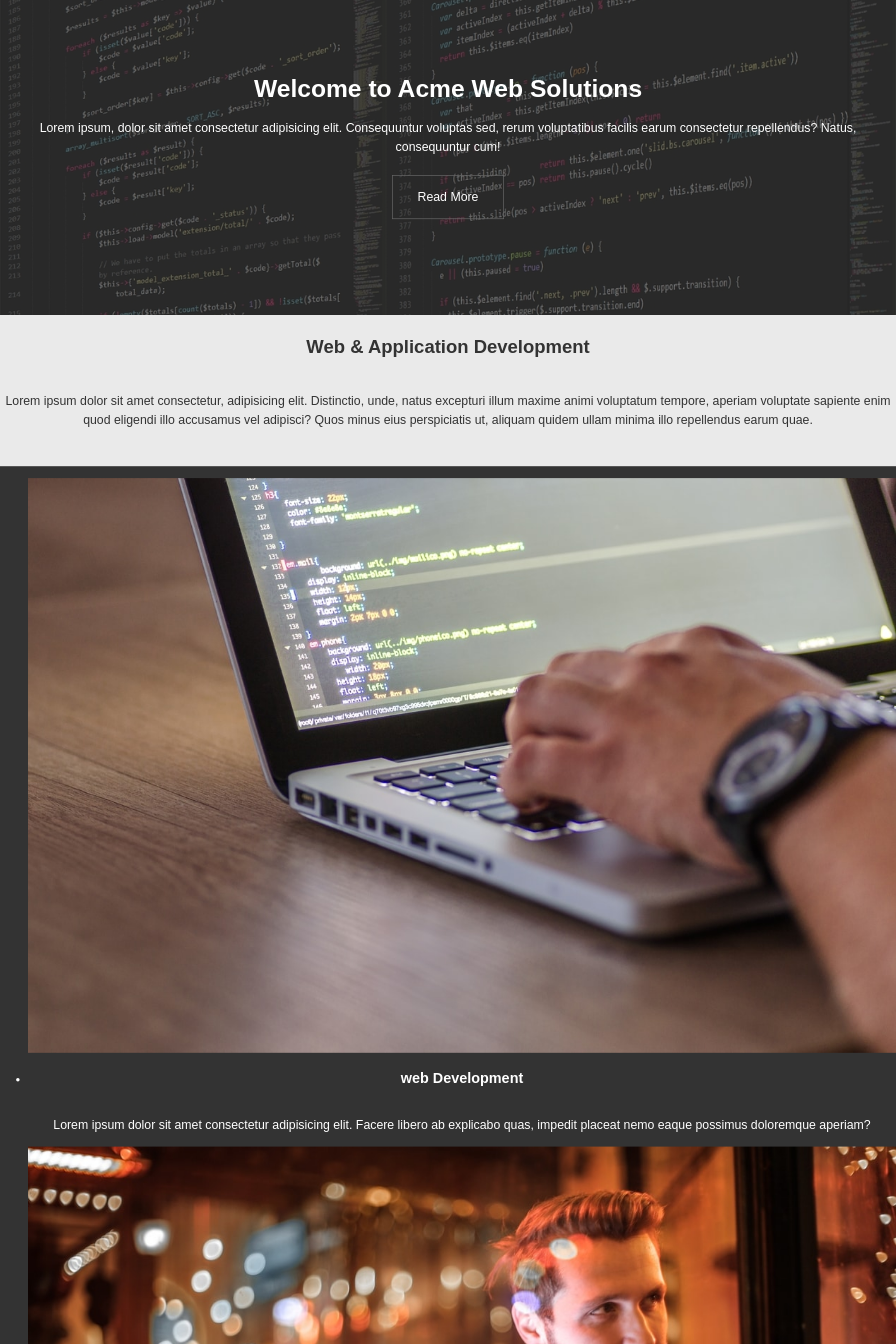
Repository: ErikBaer/MobileFirst
Page: index.html
An editor plug-in stored every save of this project. The page is shown before and after the next save, followed by the edit.
The browser window is 1280 px wide. The pictures show the part of the page from y = 0 to 1920 px (the page is 4179 px tall), at 70% of full size.

Above is the page before, as saved 2020-02-15 03:04:03.

### index.html
<!DOCTYPE html>
<html lang="en">
<head>
    <meta charset="UTF-8">
    <meta name="viewport" content="width=device-width, initial-scale=1.0">
    <link rel="stylesheet" type="text/css" href="style.css">
    <title>Acme Web Solutions</title>
</head>
<body>
    <!--Header Showcase -->
   <header id="showcase" class="grid">
    <div class="bg-image"></div>
    <div class="content-wrap">
    <h1>Welcome to Acme Web Solutions</h1>
    <p>Lorem ipsum, dolor sit amet consectetur adipisicing elit.
         Consequuntur voluptas sed, rerum voluptatibus facilis
         earum consectetur repellendus? Natus, consequuntur cum!
        </p>
    <a href="#section-b" class="btn">Read More</a>
    </div>
</header>

<!-- Main Area -->

<main id="main">

    <!-- Section A -->

    <section id="section-a" class="grid">
        <div class="content-wrap">
            <h2 class="content-title">Web & Application Development</h2>
            <p>Lorem ipsum dolor sit amet consectetur, adipisicing elit.
                Distinctio, unde, natus excepturi illum maxime animi
                voluptatum tempore, aperiam voluptate sapiente enim quod
                 eligendi illo accusamus vel adipisci? Quos minus eius
                 perspiciatis ut, aliquam quidem ullam minima illo
                 repellendus earum quae.</p>
        </div>
    </section>

    <!-- Section B -->

    <section id="section-b" class="grid">
        <ul>
            <li>
                <div class="card">
                    <img src="./Assets/Coding-Person.jpg" alt="">
                    <div class="card-content">
                        <h3 class="card-title">web Development</h3>
                        <p>Lorem ipsum dolor sit amet consectetur
                            adipisicing elit. Facere libero ab explicabo
                            quas, impedit placeat nemo eaque possimus
                            doloremque aperiam?</p>
                    </div>
                </div>
            </li>
            <li>
                <div class="card">
                    <img src="./Assets/mobile-man.jpg" alt="">
                    <div class="card-content">
                        <h3 class="card-title">Mobile Applications</h3>
                        <p>Lorem ipsum dolor sit amet consectetur
                            adipisicing elit. Facere libero ab explicabo
                            quas, impedit placeat nemo eaque possimus
                            doloremque aperiam?</p>
                    </div>
                </div>
            </li>
            <li>
                <div class="card">
                    <img src="./Assets/Charts.jpg" alt="">
                    <div class="card-content">
                        <h3 class="card-title">Tech Marketing</h3>
                        <p>Lorem ipsum dolor sit amet consectetur
                            adipisicing elit. Facere libero ab explicabo
                            quas, impedit placeat nemo eaque possimus
                            doloremque aperiam?</p>
                    </div>
                </div>
            </li>
        </ul>
    </section>

    <!-- Section C -->
    <section id="section-c" class="grid">
        <div class="content-wrap">
            <h2 class="content-title"> We handle all of your digital needs</h2>
            <p>Lorem, ipsum dolor sit amet consectetur adipisicing elit.
                Neque asperiores pariatur dolorem ipsum dicta recusandae
                 optio vel doloremque deserunt maiores?</p>
        </div>
    </section>

    <!-- Section D -->

    <section class="section-d grid">
        <div class="box">
            <h2 class="content-title">Contact Us</h2>
            <p>Lorem ipsum dolor sit, amet consectetur adipisicing elit.
                 Alias, totam quas ipsam doloremque dignissimos doloribus
                 laudantium aut provident dolore. Maxime!</p>
            <p>contact@acmewebsolutions.test</p>
        </div>
        <div class="box">
            <h2 class="content-title">About Our Company</h2>
            <p>Lorem ipsum dolor, sit amet consectetur adipisicing elit.
                Delectus ut placeat, nulla inventore laboriosam quisquam!
                Porro, asperiores libero molestiae a facilis et, ex magni
                 nostrum rem delectus quia ut? Vitae.</p>
        </div>
    </section>
</main>

<!-- Footer -->

<footer id="main-footer" class="grid">
    <div>Acme Web Solutins</div>
    <div>Project by <a href="www.baerdata.de" target="blank">Erik Baer</a></div>
</footer>

</body>
</html>

### style.css
body {
    margin: 0;
    font-family: Arial, Helvetica, sans-serif;
    background-color: #333;
    color: white;
    font-size:1.1em;
    line-height: 1.5;
    text-align: center;
}

img {
    display:block;
    width:100%;
    height: auto;
}

h1, h2, h3 {
    margin:0;
    padding: 1em 0;
}

p {
    margin: 0;
    padding: 1em 0;
}

.btn {
    display: inline-block;
    background: 333;
    color: white;
    text-decoration: none;
    padding: 1em 2em;
    border: 1px solid #666;
    margin: .5em 0
}

.btn:hover {
  background: #eaeaea;
  color: #333;
}

/* Header Showcase */

#showcase {
    min-height: 450px;
    color: #fff;
    text-align: center;
}

#showcase .bg-image {
    position: absolute;
    background: #333 url(/Assets/code.jpg);
    background-position: center;
    background-repeat: no-repeat;
    background-size: cover;
    width: 100%;
    height: 450px;
    z-index: -1;
    opacity: 0.4;
}

#showcase h1 {
    padding-top: 100px;
    padding-bottom: 0;
}

#showcase .content-wrap {
    padding: 0 1.5em;
}


/* Section A */

#section-a {
    background: #eaeaea;
    color: #333;
    padding-bottom: 2em;
}

After the next save:
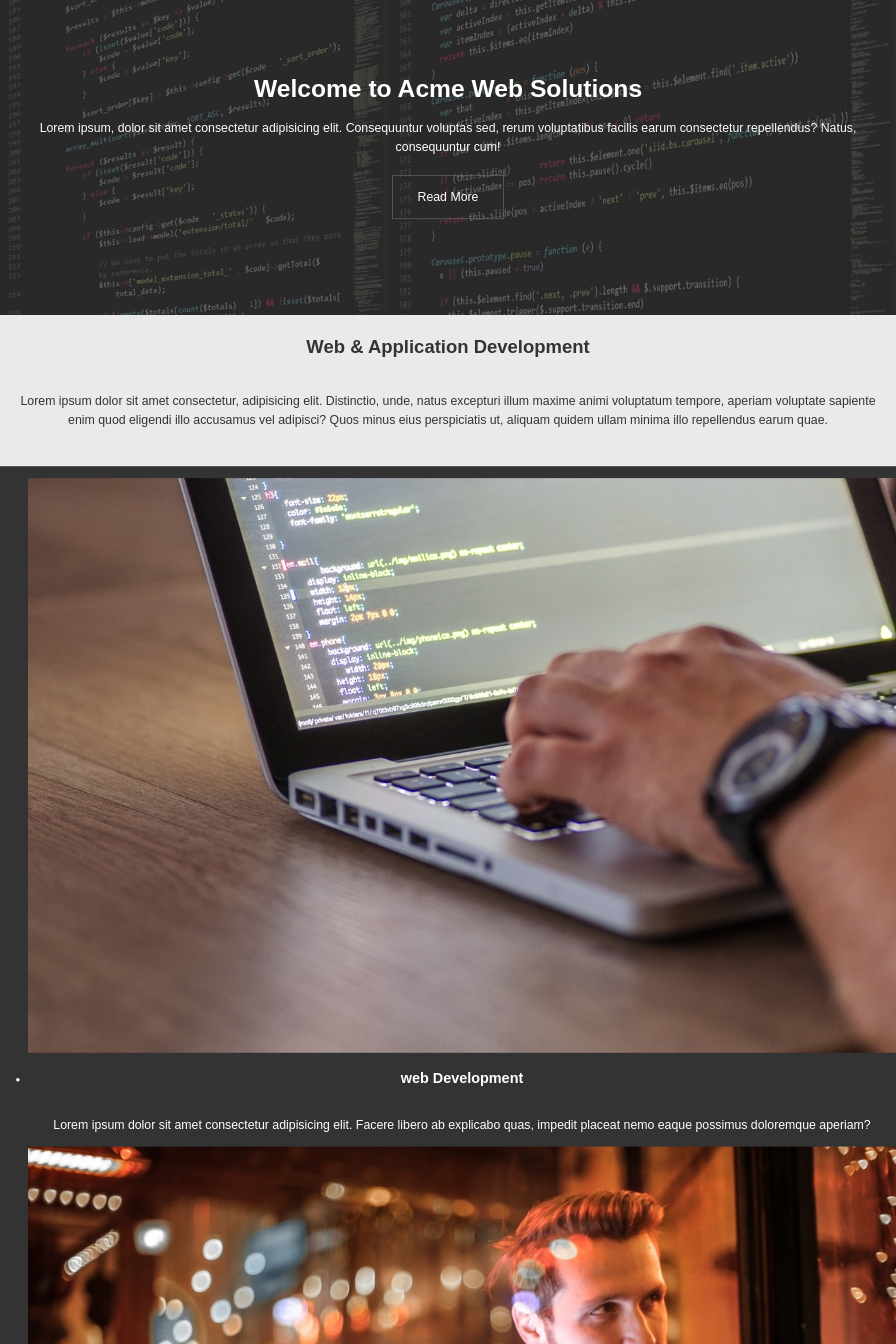
Saved 90 s later.
--- a/style.css
+++ b/style.css
@@ -64,7 +64,8 @@ p {
     padding-bottom: 0;
 }
 
-#showcase .content-wrap {
+#showcase .content-wrap,
+#section-a .content-wrap {
     padding: 0 1.5em;
 }
 
@@ -76,3 +77,10 @@ p {
     color: #333;
     padding-bottom: 2em;
 }
+
+
+/* Section B */
+
+#section-b {
+
+}
